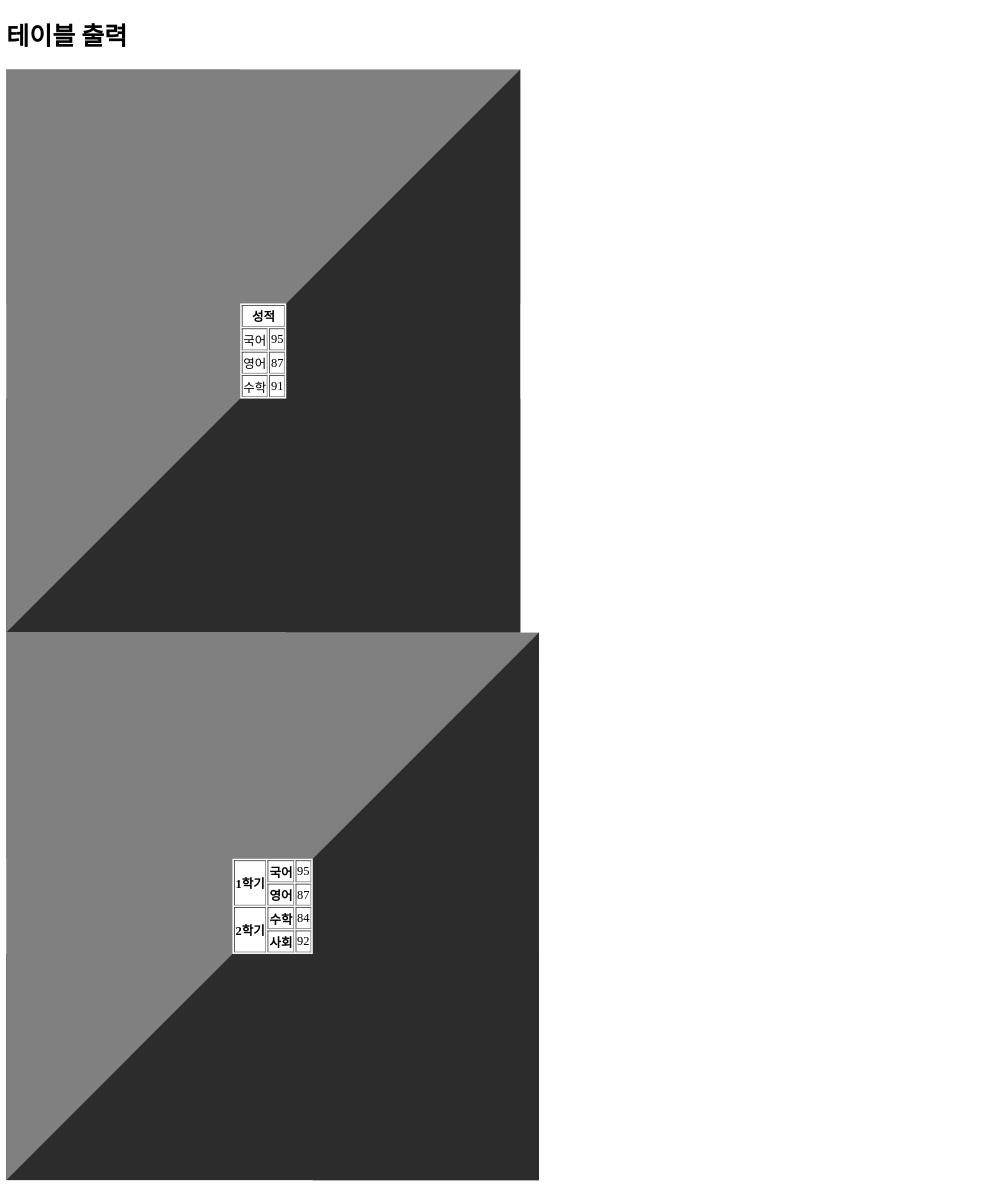
Repository: KimHeonSeung/TJE_HTML
Page: sources/day_01/WebContent/head_foot.html
An editor plug-in stored every save of this project. The page is shown before and after the next save, followed by the edit.
The browser window is 1280 px wide. The pictures show the whole page, at 78% of full size.

Above is the page before, as saved 2019-05-10 07:39:45.

After the next save:
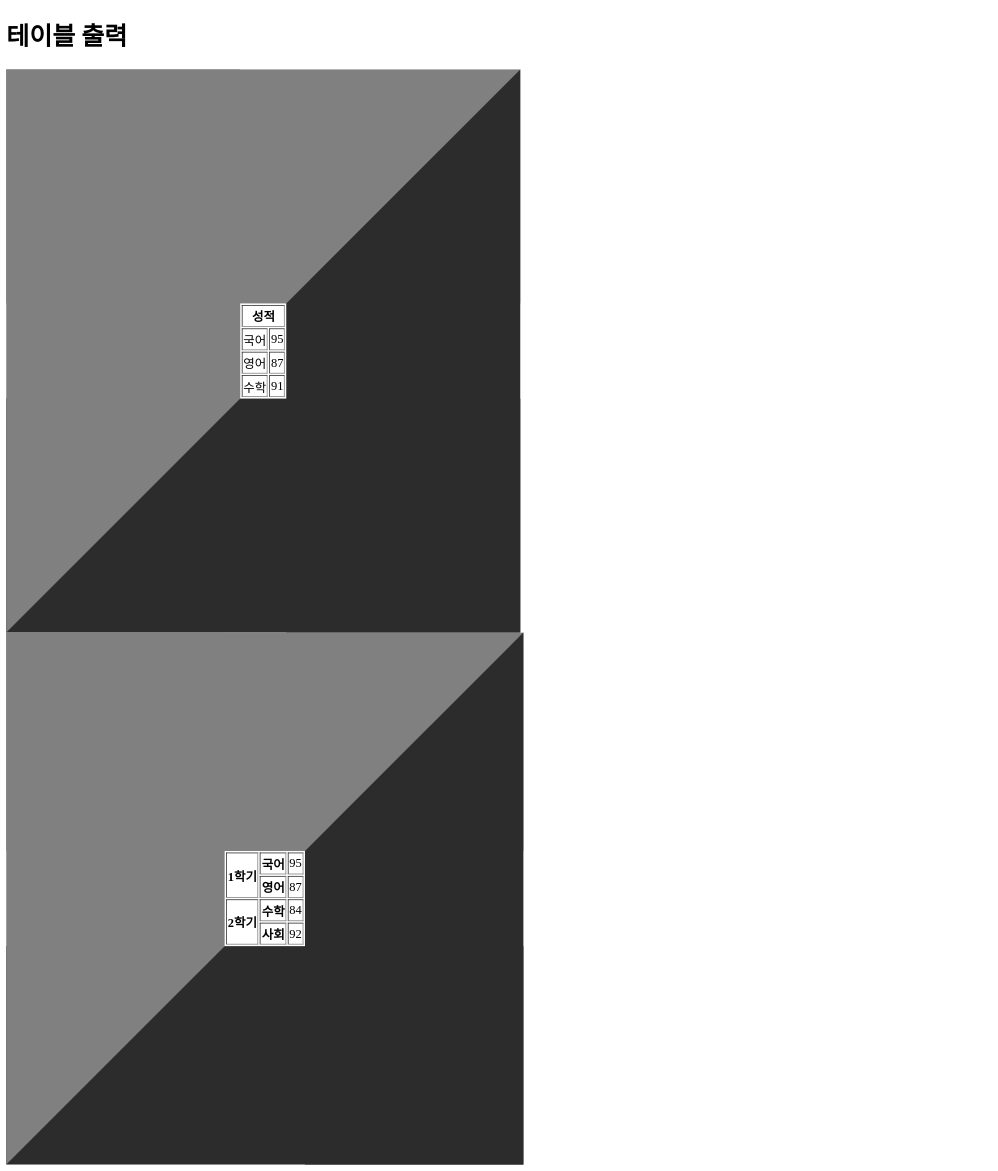
Saved 6 s later.
--- a/sources/day_01/WebContent/head_foot.html
+++ b/sources/day_01/WebContent/head_foot.html
@@ -33,7 +33,7 @@
 	</tr>
 </table>
 
-<table border = "290">
+<table border = "280">
 	<tr>
 	<!-- 2개를 합치겠다 -->
 		<th rowspan = "2">1학기</th>
